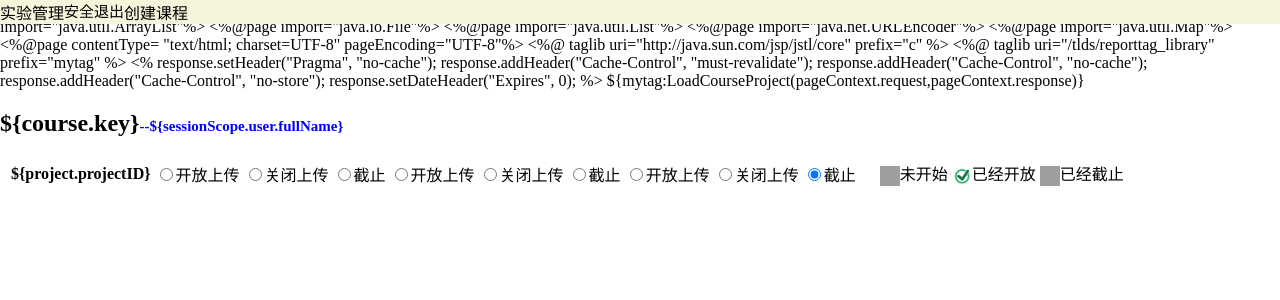
Repository: IAmJiangWenHao/ReportServer
Page: web/demo.html
The author's editor kept a copy of each file at every save. The page is drawn from the files as they stood at one save, then again after the next save.
The browser window is 1280 px wide. The pictures show the whole page.
Pictures or frames that could not be fetched are drawn as grey boxes.

Above is the page before, as saved 2023-05-18 16:23:39.

### web/demo.html
<%@page import="com.report.javabeans.ExpClass"%>
<%@page import="com.report.javabeans.Project"%>
<%@page import="com.report.javabeans.User"%>
<%@page import="java.util.ArrayList"%>
<%@page import="java.io.File"%>
<%@page import="java.util.List"%>
<%@page import="java.net.URLEncoder"%>
<%@page import="java.util.Map"%>
<%@page contentType= "text/html; charset=UTF-8" pageEncoding="UTF-8"%>

<%@ taglib uri="http://java.sun.com/jsp/jstl/core" prefix="c" %>
<%@ taglib uri="/tlds/reporttag_library" prefix="mytag" %>
<!--script type="text/javascript" src="${pageContext.request.contextPath}/script/scriptV1.js?v=1.0"></script-->
<!DOCTYPE html>
<html>
  <%
    response.setHeader("Pragma", "no-cache");
    response.addHeader("Cache-Control", "must-revalidate");
    response.addHeader("Cache-Control", "no-cache");
    response.addHeader("Cache-Control", "no-store");
    response.setDateHeader("Expires", 0);
  %>
  <head>
    <meta http-equiv="Content-Type" content="text/html; charset=UTF-8">
    <title>实验上传系统 </title>
  </head>
  <body style="margin:0">
    ${mytag:LoadCourseProject(pageContext.request,pageContext.response)}
    <script>
      window.onload = function () {//Ajax实现更新项目状态
        var ratios = document.getElementsByTagName("input");//获取所有input（本页面的input只有单选按钮）
        var map = new Map();//记录单选按钮旧值
        for (var i = 0; i < ratios.length; i++) {
          map.set((i + 1).toString(), ratios[i].checked);
          //oninput事件在input的值发生改变时触发，这里监听单选按钮值得改变
          ratios[i].oninput = function () {
            var r = false;
            if (this.value === "deadline") {//是否选择截止
              //是否确认修改
              r = confirm("截止后不可再设置，确定截止？");
            }
            //取消截止
            if (this.value === "deadline" && r === false) {
              var list = document.getElementsByName(this.name);
              for (var j = 0; j < list.length; j++)
                list[j].checked = map.get(list[j].id);
              return;
            }
            ratioName = this.name;
            //确定截止，不允许再更改状态
            if (this.value === "deadline") {
              var list = document.getElementsByName(this.name);
              for (var j = 0; j < list.length; j++)
              {
                list[j].disabled = "disable";
                map.set(list[j].id, list[j].checked);
              }
            } else {
              var list = document.getElementsByName(this.name);
              for (var j = 0; j < list.length; j++)
                map.set(list[j].id, false);
              map.set(this.id, this.checked);
            }
            var formData = new FormData();//FormData 对象
            var course = ratioName.substr(0, ratioName.indexOf("-"));
            var project = ratioName.substr(ratioName.indexOf("-") + 1, ratioName.length - 1);
            //添加KV
            formData.append("project", project);//项目
            formData.append("course", course); //课程名
            formData.append("status", this.value);//状态
            var cell = document.getElementById(this.name);
            //显示实验项目状态提示信息
            cell.innerHTML = "&nbsp;&nbsp;&nbsp;&nbsp;&nbsp;";
            if (this.value === "open")
              cell.innerHTML += "<img style=\"vertical-align: middle;height:20px;width:20px\" src=\"./img/check.jpg\"/>已经开放";
            if (this.value === "close")
              cell.innerHTML += "<img style=\"vertical-align: middle;height:20px;width:20px\" src=\"./img/undone.png\"/>未开始";
            if (this.value === "deadline")
              cell.innerHTML += "<img style=\"vertical-align: middle;height:20px;width:20px\" src=\"./img/deadline.jpg\"/>已截止";
            //1.创建请求对象
            const xhr = new XMLHttpRequest();
            //2.设置请求行，这里用post(get请求数据写在url后面)
            //updateProject.do实现后端更新
            xhr.open("post", getAppPath() + "/updateProject.do");
            //3.设置请求头(get请求可以省略,post不发送数据也可以省略)
            //xhr.setRequestHeader("Content-type","application/x-www-form-urlencoded");
            // 用formData可以不写请求头，写了无法正常上传文件
            //4.请求主体发送(get请求为空，或者写null，post请求数据写在这里，
            //如果没有数据，直接为空或者写null)
            xhr.send(formData);
            //注册回调函数
            xhr.onload = function ()
            {
              if (xhr.readyState === 4)
              {
                if (xhr.status >= 200 && xhr.status <= 300)
                { //判断响应码 2XX 表示成功
                  console.log(xhr.response.toString());
                } else
                  console.log("响应码：" + xhr.status); //状态码
              } else
                console.log(xhr.readyState);
              ;
            };
          };
        }
        ;
      };
    </script>
    <script>
      function getAppPath() {
        //获取当前URL
        var curURL = window.document.location.href;
        //获取主机地址之后的路径部分（就是文件地址）
        var pathName = window.document.location.pathname;
        var pos = curURL.indexOf(pathName);
        //获取应用地址
        var host = curURL.substring(0, pos);
        //获取带"/"的应用名，如：/***
        var webAppName = pathName.substring(0, pathName.substr(1).indexOf('/') + 1);
        return host + webAppName;
      }
    </script>
    <script>
      var isIE = /msie/i.test(navigator.userAgent) && !window.opera;
      function fileChange(target, type) {
        var fileSize = 0;
        var filepath = target.value;
        var filemaxsize = 1024 * 5;//5M
        var flag = -1;
        if (filepath) {
          var fileend = filepath.substring(filepath.lastIndexOf("."));
          // alert(fileend);
          if (type && type.length > 0) {
            //alert(fileend.indexOf(type));
            if (fileend !== ".xlsx") {
              alert("只接受xlsx类型的文件！");
              target.value = "";
              return false;
            }
          }
        } else {
          return false;
        }
        if (isIE && !target.files) {
          var filePath = target.value;
          var fileSystem = new ActiveXObject("Scripting.FileSystemObject");
          if (!fileSystem.FileExists(filePath)) {
            alert("附件不存在，请重新输入！");
            return false;
          }
          var file = fileSystem.GetFile(filePath);
          fileSize = file.Size;
        } else {
          fileSize = target.files[0].size;
        }

        var size = fileSize / 1024;
        if (size > filemaxsize) {
          alert("附件大小不能大于" + filemaxsize / 1024 + "M！");
          target.value = "";
          return false;
        }
        if (size <= 0) {
          alert("附件大小不能为0M！");
          target.value = "";
          return false;
        }
      }
      function Check()
      {
        for (var i = 0; i < document.form1.elements.length - 1; i++)
        {
          if (document.form1.elements[i].value === "")
          {
            alert("不可空！");
            document.form1.elements[i].focus();
            return false;
          }
        }
        return true;
      }
      function cls() {
        var createCell = document.getElementById("createCourse");
        createCell.innerHTML = "";
      }

      function createCourse() {
        var createCell = document.getElementById("createCourse");
        createCell.innerHTML = "<form action=\"../uploadCourseServlet\" enctype=\"multipart/form-data\" method=\"post\" name=\"form1\" onSubmit=\"return Check()\"><table></tr><tr> <td>建课模板：</td><td><a href=\"实验课模板.xlsx\">下载</a></td></tr><tr><td>课程名：</td><td><input style=\" font-size:16px\" type=\"text\" name=\"courseName\" size=\"20\"/>(例：程序设计实验)</td></tr><tr><td>班级：</td><td><input style=\" font-size:16px\" type=\"text\" name=\"className\" size=\"20\"/>(例:信安201)</td></tr><tr> <td>文件：</td><td><input style=\" font-size:16px\" type=\"file\" name=\"file\" size=\"40\" id=\"fup\" onchange=\'fileChange(this,\".xlsx\");\'/></td><tr><td style=\"height:50px;\" align=\"right\" ><input style=\" font-size:16px\" type=\"submit\" value=\"提交\" size='30'/> </td><td align=\"left\"><input style=\" font-size:16px\" type=\"button\" value=\"关闭\" size='30' onclick=\"cls()\"/> </td></tr></table></form>";
      }
    </script>
    <div >
        <div style="display: flex; position: fixed; top: 0; width: 100%; background-color: beige;  height:auto;">
            <div class="kind" color="black" > 实验管理</div>
            <div class="kind" style="font-size:15px"><a style="color:black;text-decoration: none;" href="../exit">安全退出</a></div>
            <div class="kind" style="cursor:hand" onclick="createCourse()">创建课程</div>
        </div>

      <div id="createCourse">

      </div>


    <c:forEach var="course" items="${sessionScope.courseData}" varStatus="statusCourse">
      <h2> ${course.key}<font style="font-size:15px;color:blue">--${sessionScope.user.fullName}</font></h2><p>
      <table>
        <c:forEach var="project" items="${course.value}" varStatus="statusProject">
          <tr style=" height: 30px;border: 1px">
            <td>&nbsp;&nbsp;<b>${project.projectID}</b></td>
            <td><!-- 3.一组单选按钮 radio（同name），只能选一个
                     request.getParameter("***")-->
              <c:if test="${project.state==0}">
                <input type="radio" id="${"course".concat(statusCourse.count).concat(statusProject.count).concat(1)}"  name="${course.key.concat("-").concat(project.projectID)}" value="open">开放上传
                <input type="radio" id="${"course".concat(statusCourse.count).concat(statusProject.count).concat(1)}"  name="${course.key.concat("-").concat(project.projectID)}" value="close" checked="true">关闭上传
                <input type="radio" id="${"course".concat(statusCourse.count).concat(statusProject.count).concat(1)}"  name="${course.key.concat("-").concat(project.projectID)}" value="deadline">截止
              </c:if>
              <c:if test="${project.state==1}">
                <input type="radio" id="${"course".concat(statusCourse.count).concat(statusProject.count).concat(1)}"  name="${course.key.concat("-").concat(project.projectID)}" value="open" checked="true">开放上传
                <input type="radio" id="${"course".concat(statusCourse.count).concat(statusProject.count).concat(1)}"  name="${course.key.concat("-").concat(project.projectID)}" value="close" >关闭上传
                <input type="radio" id="${"course".concat(statusCourse.count).concat(statusProject.count).concat(1)}"  name="${course.key.concat("-").concat(project.projectID)}" value="deadline">截止
              </c:if>
              <c:if test="${project.state==2}">
                <input type="radio" id="${"course".concat(statusCourse.count).concat(statusProject.count).concat(1)}"  name="${course.key.concat("-").concat(project.projectID)}" value="open">开放上传
                <input type="radio" id="${"course".concat(statusCourse.count).concat(statusProject.count).concat(1)}"  name="${course.key.concat("-").concat(project.projectID)}" value="close" >关闭上传
                <input type="radio" id="${"course".concat(statusCourse.count).concat(statusProject.count).concat(1)}"  name="${course.key.concat("-").concat(project.projectID)}" value="deadline" checked="true">截止
              </c:if>
            </td>
            <td id="${course.key.concat("-").concat(project.projectID)}">&nbsp;&nbsp;&nbsp;&nbsp;
              <c:if test="${project.state==0}" >
                <img style="vertical-align: middle;height:20px;width:20px" alt="" src="../img/undone.jpg"/>未开始
              </c:if>
              <c:if test="${project.state==1}" >
                <img style="vertical-align: middle;height:20px;width:20px" alt="" src="../img/check.jpg"/>已经开放
              </c:if>
              <c:if test="${project.state==2}" >
                <img style="vertical-align: middle;height:20px;width:20px" alt="" src="../img/deadline.png"/>已经截止
              </c:if>
            </td>
          </tr>
        </c:forEach>
      </table>
    </c:forEach>
  </div>
</body>
</html>

After the next save:
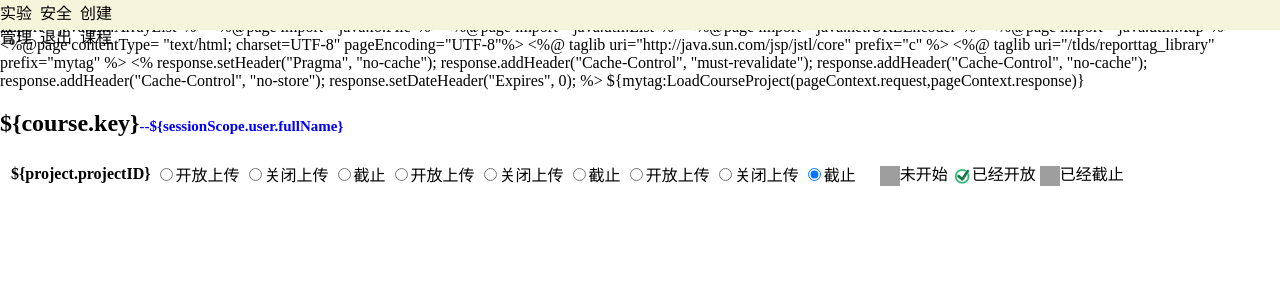
Saved 46 s later.
--- a/web/demo.html
+++ b/web/demo.html
@@ -192,9 +192,9 @@
     </script>
     <div >
         <div style="display: flex; position: fixed; top: 0; width: 100%; background-color: beige;  height:auto;">
-            <div class="kind" color="black" > 实验管理</div>
-            <div class="kind" style="font-size:15px"><a style="color:black;text-decoration: none;" href="../exit">安全退出</a></div>
-            <div class="kind" style="cursor:hand" onclick="createCourse()">创建课程</div>
+            <div style="width: 40px;height:30px;" color="black" > 实验管理</div>
+            <div style="width: 40px;height:30px;" style="font-size:15px"><a style="color:black;text-decoration: none;" href="../exit">安全退出</a></div>
+            <div style="width: 40px;height:30px;" style="cursor:hand" onclick="createCourse()">创建课程</div>
         </div>
 
       <div id="createCourse">
